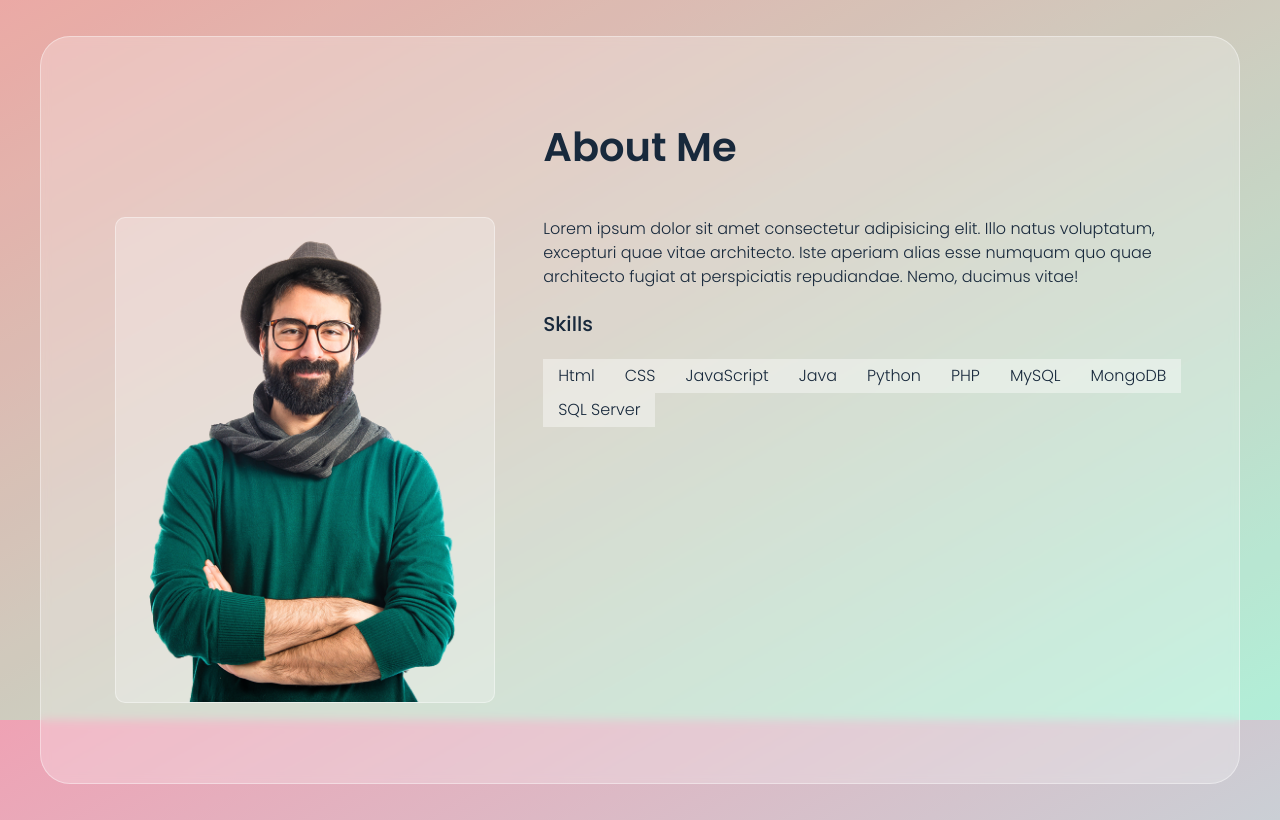
Repository: dewaary/Glassmorp-me
Page: index.html
These files come from the project's save history. The page is drawn as it stood at one moment and after the next save; the edit follows.
The browser window is 1280 px wide. The pictures show the whole page.
Backgrounds fixed to the window are drawn as part of the page.

Above is the page before, as saved 2021-05-25 22:27:18.
Not found: js/script,js

### index.html
<!DOCTYPE html>
<html lang="en">

<head>
    <meta charset="UTF-8">
    <meta http-equiv="X-UA-Compatible" content="IE=edge">
    <meta name="viewport" content="width=device-width, initial-scale=1.0">
    <link rel="stylesheet" href="style.css">
    <title>Document</title>
</head>

<body>
    <div class="main">
        <section class="home-section align-items-center hidden">
            <div class="container">
                <div class="row align-items-center">
                    <div class="home-text">
                        <p>Hello, I'm</p>
                        <h1>Dewa Ari</h1>
                        <h2>Full-Stack Web Developer</h2>
                        <a href="#" class="btn">more about me</a>
                        <a href="#" class="btn">portfolio</a>
                    </div>
                    <div class="home-img">
                        <div class="img-box">
                            <img src="img/profile-img.png" alt="profile-img">
                        </div>
                    </div>
                </div>
            </div>
        </section>

        <!-- About Section -->
        <section class="about-section sec-padding">
            <div class="container">
                <div class="row">
                    <div class="section-title">
                        <h2>About me</h2>
                    </div>
                </div>
                <div class="row">
                    <div class="about-img">
                        <div class="img-box">
                            <img src="img/about-img.png" alt="About Image">
                        </div>
                    </div>
                    <div class="about-text">
                        <p>Lorem ipsum dolor sit amet consectetur adipisicing elit. Illo natus voluptatum, excepturi
                            quae vitae architecto. Iste aperiam alias esse numquam quo quae architecto fugiat at
                            perspiciatis repudiandae. Nemo, ducimus vitae!</p>
                            <h3>Skills</h3>
                            <div class="skills">
                                <div class="skill-item">Html</div>
                                <div class="skill-item">CSS</div>
                                <div class="skill-item">JavaScript</div>
                                <div class="skill-item">Java</div>
                                <div class="skill-item">Python</div>
                                <div class="skill-item">PHP</div>
                                <div class="skill-item">MySQL</div>
                                <div class="skill-item">MongoDB</div>
                                <div class="skill-item">SQL Server</div>
                            </div>
                    </div>
                </div>
            </div>
        </section>

    </div>
    <script src="js/script,js"></script>
</body>

</html>

### style.css
/* Fonts */
@import url("https://fonts.googleapis.com/css2?family=Poppins:wght@300;400;500;600;700&display=swap");

/* Variables */

:root {
  --main-color: #e02f6b;
  --blue: #0000ff;
  --blue-dark: #18293c;
  --orange: #ffa500;
  --green-yellow: #cddc39;
  --pink-light: #efa2b4;
  --cyan-light: #aef1ee;
  --white: #ffffff;
  --white-alpha-40: rgba(255, 255, 255, 0.4);
  --white-alpha-25: rgba(255, 255, 255, 0.25);
  --backdrop-filter-blur: blur(5px);
}

* {
  box-sizing: border-box;
  padding: 0;
  margin: 0;
  outline: none;
}

::before,
::after {
  box-sizing: border-box;
}

body {
  min-height: 100vh;
  background-image: linear-gradient(
    to bottom right,
    var(--pink-light),
    var(--cyan-light)
  );
  background-attachment: fixed;
  font-size: 16px;
  font-family: "Poppins", sans-serif;
  font-weight: 300;
  color: var(--blue-dark);
  line-height: 1.5;
  overflow-x: hidden;
  -webkit-tap-highlight-color: transparent;
  padding: 5vh 15px;
}

body::before {
  content: "";
  position: fixed;
  left: 0;
  top: 0;
  height: 100%;
  width: 100%;
  background-color: var(--green-yellow);
  z-index: -1;
  opacity: 0.12;
}

a {
  text-decoration: none;
}

h1,
h2 {
  font-weight: 600;
}

h3,
h4,
h5,
h6 {
  font-weight: 500;
}

img {
  max-width: 100%;
  vertical-align: middle;
}

section {
  background-color: var(--white-alpha-25);
  border: 1px solid var(--white-alpha-40);
  min-height: 90vh;
  border-radius: 30px;
  backdrop-filter: var(--backdrop-filter-blur);
}

.main {
  max-width: 1200px;
  margin: auto;
}

.row {
  display: flex;
  flex-wrap: wrap;
}

.container {
  padding: 0 40px;
  width: 100%;
}

.align-items-center {
  align-items: center;
}

.hidden{
  display: none !important;
}

.sec-padding {
  padding: 80px 0;;
}

/* Section Tittle */
.section-title {
  padding: 0 15px;
  width: 100%;
  text-align: center;
  margin-bottom: 40px;
}

.section-title h2 {

  font-size: 40px;
  text-transform: capitalize;
}


/* Custome Scroolbar */

::-webkit-scrollbar{
  width: 5px;
}

::-webkit-scrollbar-track{
  background-color: var(--white);
}

::-webkit-scrollbar-thumb {
  background-color: var(--main-color);
}

/*
Buttons */

.btn {
  line-height: 1.5;
  background-color: var(--white-alpha-25);
  border: 1px solid var(--white-alpha-40);
  padding: 10px 28px;
  display: inline-block;
  border-radius: 30px;
  color: var(--main-color);
  font-weight: 500;
  text-transform: capitalize;
  font-family: inherit;
  font-size: 16px;
  cursor: pointer;
  user-select: none;
  position: relative;
  overflow: hidden;
  vertical-align: middle;
  transition: width 0.3s ease;
}

.btn::before {
  content: "";
  position: absolute;
  left: 0;
  top: 0;
  height: 100%;
  width: 0%;
  background-color: var(--main-color);
  z-index: -1;
  transition: width 0.3s ease;
}

.btn:hover::before {
  width: 100%;
}
.btn:hover {
  color: var(--white);
}

/*
Home Section */

.home-section {
  display: flex;
  padding: 120px 0;
}

.home-text,
.home-img {
  width: 50%;
  padding: 15px;
}

.home-text p {
  font-size: 15px;
}

.home-text h2 {
  font-size: 20px;
  text-transform: capitalize;
  font-weight: 300;
  margin: 0 0 30px;
}

.home-text .btn {
  margin: 0 15px 15px 0;
}

.home-text h1 {
  font-size: 50px;
  text-transform: capitalize;
}

.home-img .img-box {
  max-width: 360px;
  background-color: var(--white-alpha-25);
  border-radius: 50%;
  background-color: var(--white-alpha-25);
  margin: auto;
}

.home-img .img-box img {
  width: 100%;
  border-radius: 50%;
}


/* About Section */

.about-img{
  width: 40%;
  padding: 0 15px;
}

.about-text {
  width: 60%;
  padding: 0 15px;
}

.about-img .img-box {
  background-color: var(--white-alpha-25);
  max-width: 380px;
  border: 1px solid var(--white-alpha-40);
  margin: auto;
  border-radius: 10px;

}

.about-img .img-box img{
  width: 100%;
}

.about-text h3{
  text-transform: capitalize;
  font-size: 20px;
  margin: 20px 0;;
}

.about-text .skills {
  display: flex;
  flex-wrap: wrap;
}

.about-text .skill-item {
  background-color: var(--white-alpha-25);
  background-color: var(--white-alpha-40);
  padding: 5px 15px;
  text-transform: capitalize;
}

After the next save:
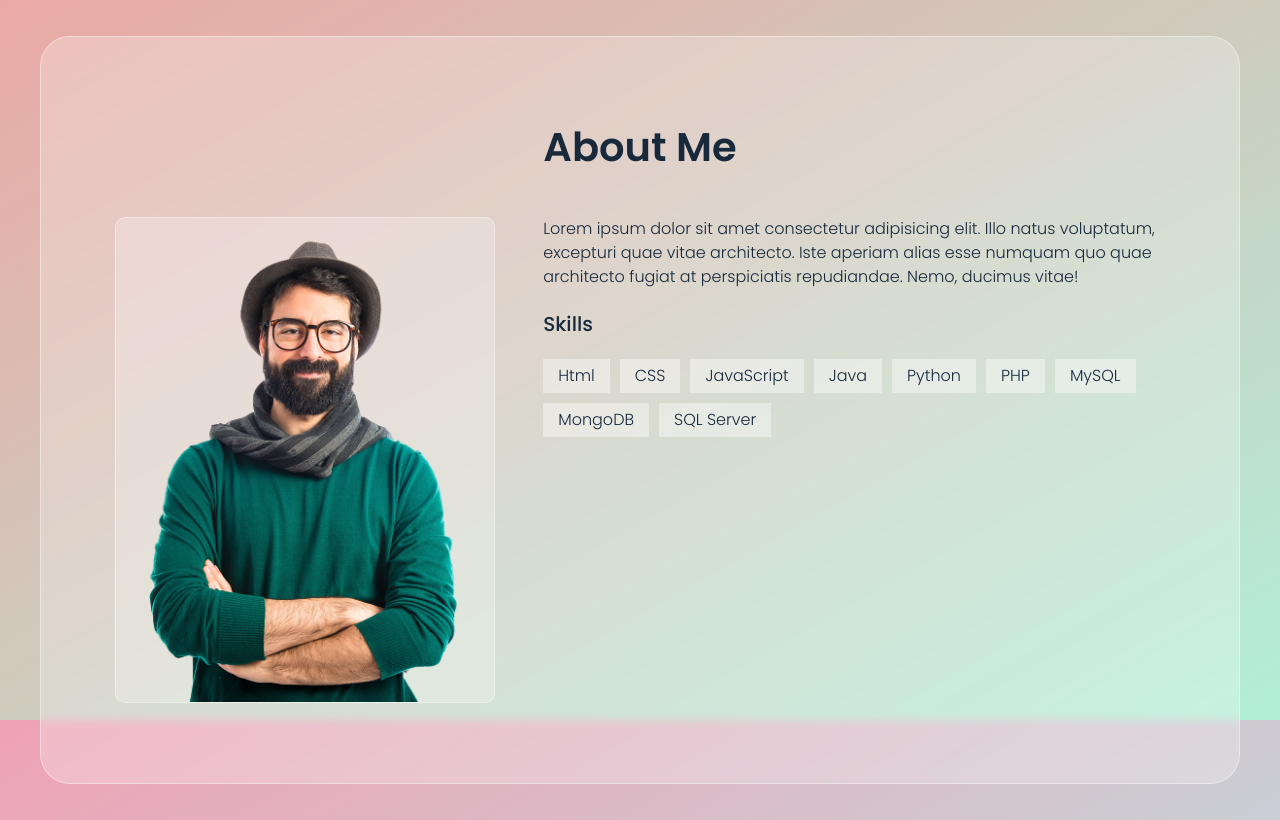
Saved 39 s later.
--- a/style.css
+++ b/style.css
@@ -275,4 +275,5 @@ Home Section */
   background-color: var(--white-alpha-40);
   padding: 5px 15px;
   text-transform: capitalize;
-}
+  margin: 0 10px 10px 0;
+}
